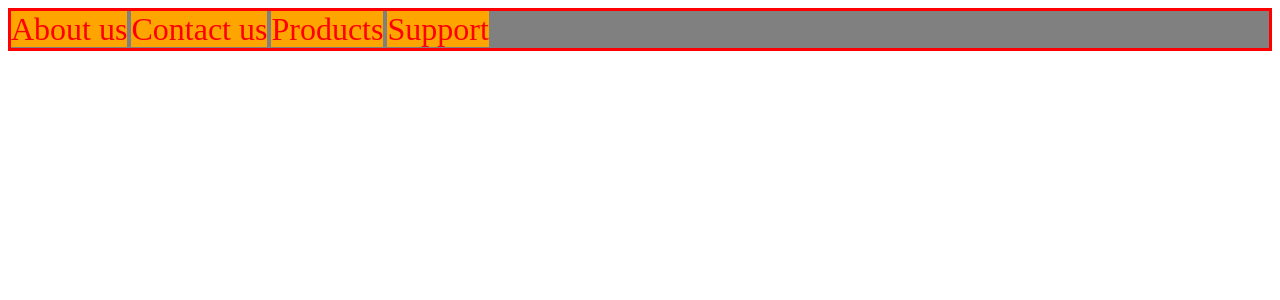
Repository: SrikanthGadde/MaGE-JavaFS
Page: Week-1/Sept1/HTML&CSS/WebContent/Test.html
An editor plug-in stored every save of this project. The page is shown before and after the next save, followed by the edit.
The browser window is 1280 px wide. The pictures show the whole page.

Above is the page before, as saved 2020-09-01 07:27:56.

### Week-1/Sept1/HTML&CSS/WebContent/Test.html
<!DOCTYPE html>
<html>
<head>
<!-- <meta charset="ISO-8859-1"> -->
<title>Insert title here</title>
 <!-- Property: Value-->
<style>
	a:hover {
  background-color: yellow;
  color: blue
}
	a{
		background-color: orange;
		color: red;
		font-size: xx-large;
	}
	div{
	border:solid 3px red;
	background-color: gray;
	}
</style>
</head>
<body>
<div style="align-items:center">
	<a>About us</a>
	<a>Contact us</a>
	<a>Products</a>
	<a>Support</a>
</div>
</body>
</html>

After the next save:
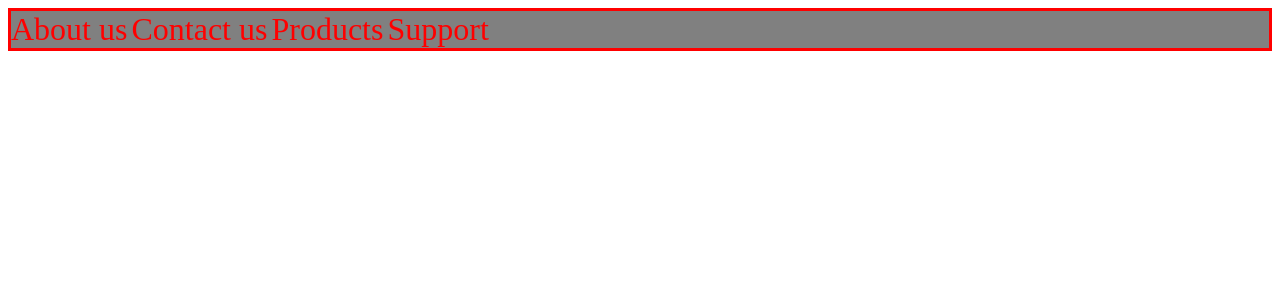
Saved 28 s later.
--- a/Week-1/Sept1/HTML&CSS/WebContent/Test.html
+++ b/Week-1/Sept1/HTML&CSS/WebContent/Test.html
@@ -10,7 +10,7 @@
   color: blue
 }
 	a{
-		background-color: orange;
+		/*background-color: orange;*/
 		color: red;
 		font-size: xx-large;
 	}
